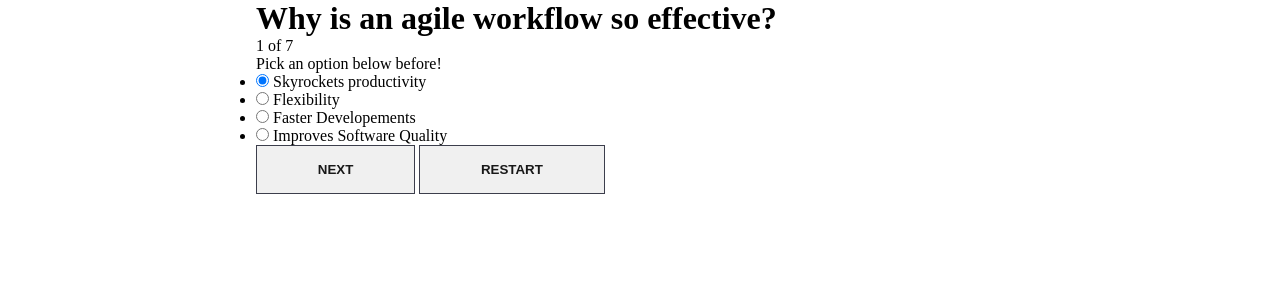
Repository: mukiSabljakovic/Quiz-APP
Page: index.html
These files come from the project's save history. The page is drawn as it stood at one moment and after the next save; the edit follows.
The browser window is 1280 px wide. The pictures show the whole page.
Some web fonts or font styles are not loaded; a fallback is used.

Above is the page before, as saved 2020-05-01 11:48:05.

### index.html
<!DOCTYPE html>
<html lang="en">
<head>
    <meta charset="UTF-8">
    <meta name="viewport" content="width=device-width, initial-scale=1.0">
    <title>Quiz</title>
    <link rel="stylesheet" href="css/style.css">
</head>
<body>
    <div class="app">
        <div class="container">
            <div class="jabquiz">

                <div class="jabquiz__question-box">
                    <h1 class="jabquiz__question">Why is an agile workflow so effective?</h1>
                    <p class="jabquiz__tracker">1 of 7</p>
                    <div class="progress">
                        <div class="progress__inner">

                        </div>
                    </div>
                    <p class="jabquiz__tagline">Pick an option below before!</p>
                </div>



                <div class="jabquiz__choices-box">
                    <ul class="jabquiz__choices">
                        <!-- dynamically with js -->
                        <li class="jabquiz__choice">
                            <input type="radio" name="choice" id="choice0" class="jabquiz__input" checked>
                            <label for="choice0" class="jabquiz__label">
                                <i></i>
                                Skyrockets productivity
                            </label>
                        </li>
                        <li class="jabquiz__choice">
                            <input type="radio" name="choice" id="choice0" class="jabquiz__input">
                            <label for="choice0" class="jabquiz__label">
                                <i></i>
                                Flexibility
                            </label>
                        </li>
                        <li class="jabquiz__choice">
                            <input type="radio" name="choice" id="choice0" class="jabquiz__input" >
                            <label for="choice0" class="jabquiz__label">
                                <i></i>
                                Faster Developements
                            </label>
                        </li>
                        <li class="jabquiz__choice">
                            <input type="radio" name="choice" id="choice0" class="jabquiz__input" >
                            <label for="choice0" class="jabquiz__label">
                                <i></i>
                                Improves Software Quality
                            </label>
                        </li>
                    </ul>
                </div>



                <div class="jabquiz__footer">
                    <button class="button button--bordered next">Next</button>
                    <button class="button button--bordered restart">Restart</button>
                </div>



            </div>
        </div>
    </div>
</body>
</html>

### css/style.css
@import url("https://fonts-googleapis.com/css?family=Raleway|PT+Serif:700");


:root {
    --main-font-color: #1a1a1a;
    --main-bg-color: white;
    --main-theme-color: rgb(243, 168, 47);
    --light-white: #f5f5f5;
    --light-gray: #ccc;
    --light-black: #282a39;
    --container-width: 768px;
    --font-body-stack: Raleway, Charcoal, sans-serif;
    --font-heading-stack: "PT Serif", sans-serif;

}

* {
 padding: 0;
 margin: 0;
 box-sizing: border-box;
}

.container {
    max-width: var(--container-width);
    margin-right: auto;
    margin-left: auto;
}

.button {
    padding: 1rem 3.8rem;
    text-transform: uppercase;
    border: 1px solid #eee;
    outline: 0;
    opacity: .9;
    font-weight: bold;
    transition: .3s all ease;
}

.button:hover {
    opacity: 1;
    background: var(--light-black);
    color: white;
}

.button.button--bordered {
    border: 1px solid var(--light-black);
}

After the next save:
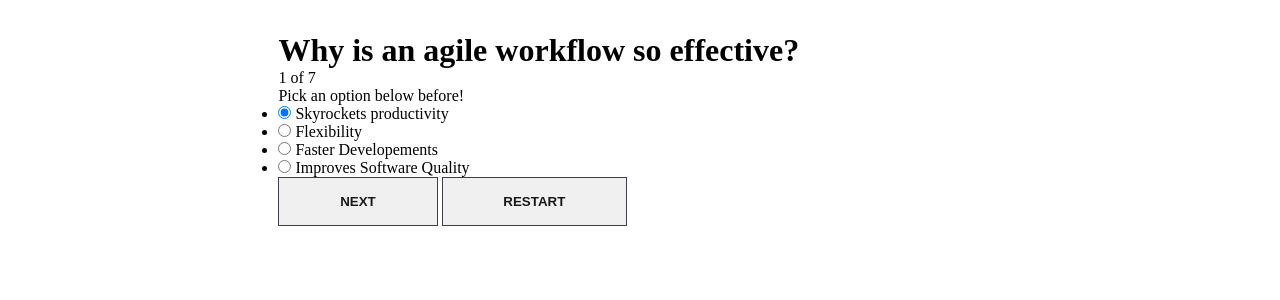
Saved 102 s later.
--- a/css/style.css
+++ b/css/style.css
@@ -45,3 +45,7 @@
 .button.button--bordered {
     border: 1px solid var(--light-black);
 }
+
+.jabquiz {
+    padding: 2rem 1.4rem;
+}
